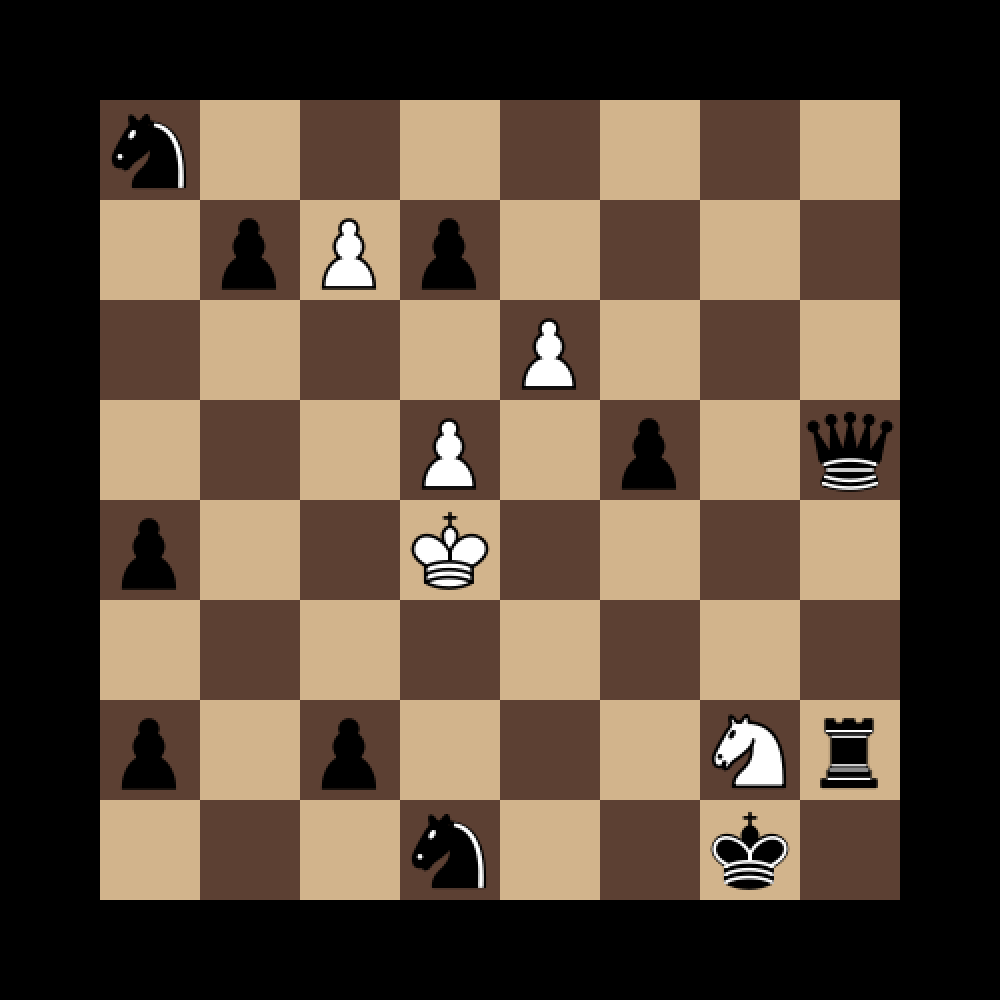
Repository: a-longe/capstone
Script's output: python engine/drag_n_drop_test.py
These files come from the project's save history. The script's output is drawn as it stood at one moment and after a run of saves; the edit follows.
The window is shown after at most 60 frames with no key pressed. Random numbers start from a fixed seed. It also reads engine/images/bK.png, engine/images/bN.png, engine/images/bP.png, engine/images/bQ.png, engine/images/bR.png, engine/images/wK.png, engine/images/wN.png, engine/images/wP.png.

Above is the script's output before, as saved 2023-12-14 18:08:48.

### engine/drag_n_drop_test.py
import os
import sys
import pygame as pg
import math

Cord = tuple[int, int]
TOP_LEFT = 100
BOTTOM_RIGHT = 900
SQUARE_SIZE = 100
SCREEN_SIZE = 1000

RECT_DATA = 0
GLYPH = 1

def is_even(n):
    return 0 == n % 2


def is_odd(n):
    return 1 == n % 2

def black_square(surface, image, rect):
    image.fill((92, 64, 51))
    surface.blit(image, rect)


def white_square(surface, image, rect):
    image.fill((210, 180, 140))
    surface.blit(image, rect)

def get_snap_cords(x, y) -> Cord:
    return (math.floor(x / SQUARE_SIZE) * SQUARE_SIZE,
            math.floor(y / SQUARE_SIZE) * SQUARE_SIZE)

def fen_to_pieces(fen) -> list[tuple[tuple[int, int, int, int], str]]:
    lo_pieces = []
    pieces = fen.split(' ')[0]
    rows = pieces.split('/')
    r_i = 0
    for row in rows:
        c_i = 0
        for char in row:
            if char.isdigit():
                c_i += int(char) - 1
            else:
                # convert c_i and r_i into square
                lo_pieces.append(((c_i * SQUARE_SIZE + SQUARE_SIZE,
                                   r_i * SQUARE_SIZE + SQUARE_SIZE,
                                    SQUARE_SIZE, SQUARE_SIZE), char))
            c_i += 1
        r_i += 1
    return lo_pieces


IMAGE_DIR = os.path.join(os.path.dirname(os.path.abspath(__file__)), 'images')

def get_piece_img(glyph:str) -> pg.Surface:
    if glyph.isupper():
        color = 'w'
    else:
        color = 'b'
    piece_type = glyph.upper()
    return pg.image.load(os.path.join(IMAGE_DIR, f"{color}{piece_type}.png"))


square_coords = [[i, j] for i in range(TOP_LEFT, BOTTOM_RIGHT, SQUARE_SIZE) \
                for j in range(TOP_LEFT, BOTTOM_RIGHT, SQUARE_SIZE)]


class Piece:
    # A Piece object needs to know about the Board because its behaviour
    # depends on the location of other Piece objects--only the Board knows
    # about them--that's why Board is an argument. It also needs to know its
    # dimensions, so we pass them in rect
    def __init__(self, Board, rect, glyph):
        self.board = Board
        self.rect = pg.Rect(rect)
        # self.cord = square_to_cords(square)
        self.previous_center = self.rect.center
        # a Piece object has a click attribute that is true if the
        # left mouse button is down and on top of the Piece
        self.click = False
        self.image = pg.transform.scale(get_piece_img(glyph), (SQUARE_SIZE,
                                                               SQUARE_SIZE))
        self.is_white = glyph.isupper()

    # Check that the player has been selected and that the mouse will
    # not cause the player to bleed out of bounds.

    # To deal with collisions, save current position, and then move
    # the player to the mouse position. If there is a collision, then
    # move the rectangle back to the previous position.

    # Regardless, draw the player
    def update(self):
        if (self.click):
            self.rect.center = pg.mouse.get_pos()
        self.board.surface.blit(self.image, self.rect)

    def snap_to_square(self) -> None:
        if self.board.mouse_inside_bounds():
            player_cords = (self.rect.center[0], self.rect.center[1])
            self.rect.topleft = get_snap_cords(*player_cords)




class Board:
    # Each position corresponds to the arguments needed to instantiate
    # the PyGame.Rect class: (x, y, width, height) corresponding to a player

    # The Board class updates itself by asking the players to paint themselves.

    # It has a number of methods that exist so other parts of the program can
    # inquire about the current state of the board
    def __init__(self, positions):
        self.surface = pg.display.set_mode((SCREEN_SIZE, SCREEN_SIZE))
        self.players = []
        for piece_data in positions:
            self.players.append(Piece(self, piece_data[RECT_DATA],
                                    piece_data[GLYPH]))

    def clear_surface(self):
        self.surface.fill(0)

    def get_players(self):
        return self.players

    def set_players(self, players):
        self.players = players

    def mouse_inside_bounds(self):
        # hard-coded numbers should be fixed
        x, y = pg.mouse.get_pos()
        return (x > TOP_LEFT and x < BOTTOM_RIGHT and
                y > TOP_LEFT and y < BOTTOM_RIGHT)

    def collisions(self, a_player):
        rects = [player.rect for player in self.get_players()]
        target_rects = [rect for rect in rects if rect != a_player.rect]
        return a_player.rect.collidelistall(target_rects)

    def display_grid(self):
        # print("I should be displaying...")
        for x, y in square_coords:
            row = x / 100
            column = y / 100
            rect = pg.Rect([x, y, 100, 100])
            image = pg.Surface(rect.size).convert()
            if not (is_odd(row) ^ is_odd(column)):
                black_square(self.surface, image, rect)
            else:
                white_square(self.surface, image, rect)

    def del_piece(self, piece):
        all_pieces = self.get_players()
        all_pieces.remove(piece)
        self.set_players(all_pieces)

    def on_mouse_down(self):
        for player in self.get_players():
            # The event positions is the mouse coordinates
            if player.rect.collidepoint(pg.mouse.get_pos()):
                if not player.click:
                    # store current center
                    player.previous_center = player.rect.center
                player.click = True

    def on_mouse_up(self):
        for player in self.get_players():
                if player.click:
                    # if valid location and is legal move()
                    if player.board.mouse_inside_bounds() and True:
                        # does player collide with another player
                        colliding_piece = [piece_2 for piece_2 in self.get_players() if piece_2.rect.collidepoint(pg.mouse.get_pos())]
                        colliding_piece.remove(player)
                        if not colliding_piece:
                            # if not colliding with any piece
                            player.snap_to_square()
                        elif player.is_white != colliding_piece[0].is_white:
                            # if colliding with piece with different colour
                            # delete player from player_list and then snap
                            self.del_piece(colliding_piece[0])
                            player.snap_to_square()
                        else:
                            player.rect.center = player.previous_center
                    # else set cords to last square
                    else:
                        player.rect.center = player.previous_center
                player.click = False

    def update_board(self):
        self.clear_surface()
        self.display_grid()
        for player in self.get_players():
            player.update()


def main(Board):
    # listen for events and update board in response to them
    game_event_loop(Board)
    Board.update_board()


# Notice that the event loop has been given its own function. This makes
# the program easier to understand.
def game_event_loop(Board):
    for event in pg.event.get():
        if event.type == pg.MOUSEBUTTONDOWN:
            Board.on_mouse_down()
        elif event.type == pg.MOUSEBUTTONUP:
            Board.on_mouse_up()
        elif event.type == pg.QUIT:
            pg.quit()
            sys.exit()


if __name__ == "__main__":
    os.environ['SDL_VIDEO_CENTERED'] = '1'
    pg.init()
    MyBoard = Board(fen_to_pieces('n7/1pPp4/4P3/3P1p1q/p2K4/8/p1p3Nr/3n2k1 w - - 0 1'))
    MyClock = pg.time.Clock()
    while True:
        main(MyBoard)
        pg.display.update()
        MyClock.tick(60)

After the next 2 saves:
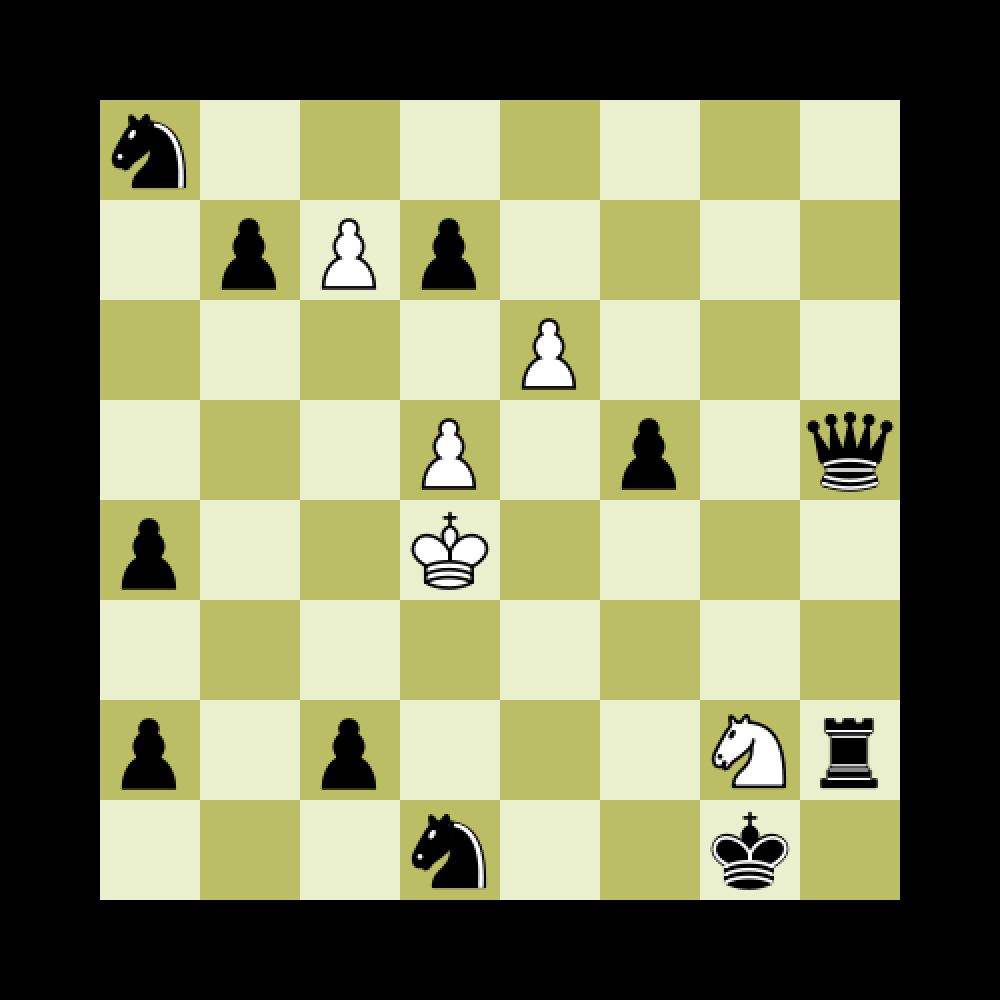
The 2 saves are shown as one change because 1 did not build or start.
The last was saved 94 s later.
--- a/engine/drag_n_drop_test.py
+++ b/engine/drag_n_drop_test.py
@@ -20,12 +20,12 @@ def is_odd(n):
     return 1 == n % 2
 
 def black_square(surface, image, rect):
-    image.fill((92, 64, 51))
+    image.fill((187,190,100))
     surface.blit(image, rect)
 
 
 def white_square(surface, image, rect):
-    image.fill((210, 180, 140))
+    image.fill((234,240,206))
     surface.blit(image, rect)
 
 def get_snap_cords(x, y) -> Cord:
